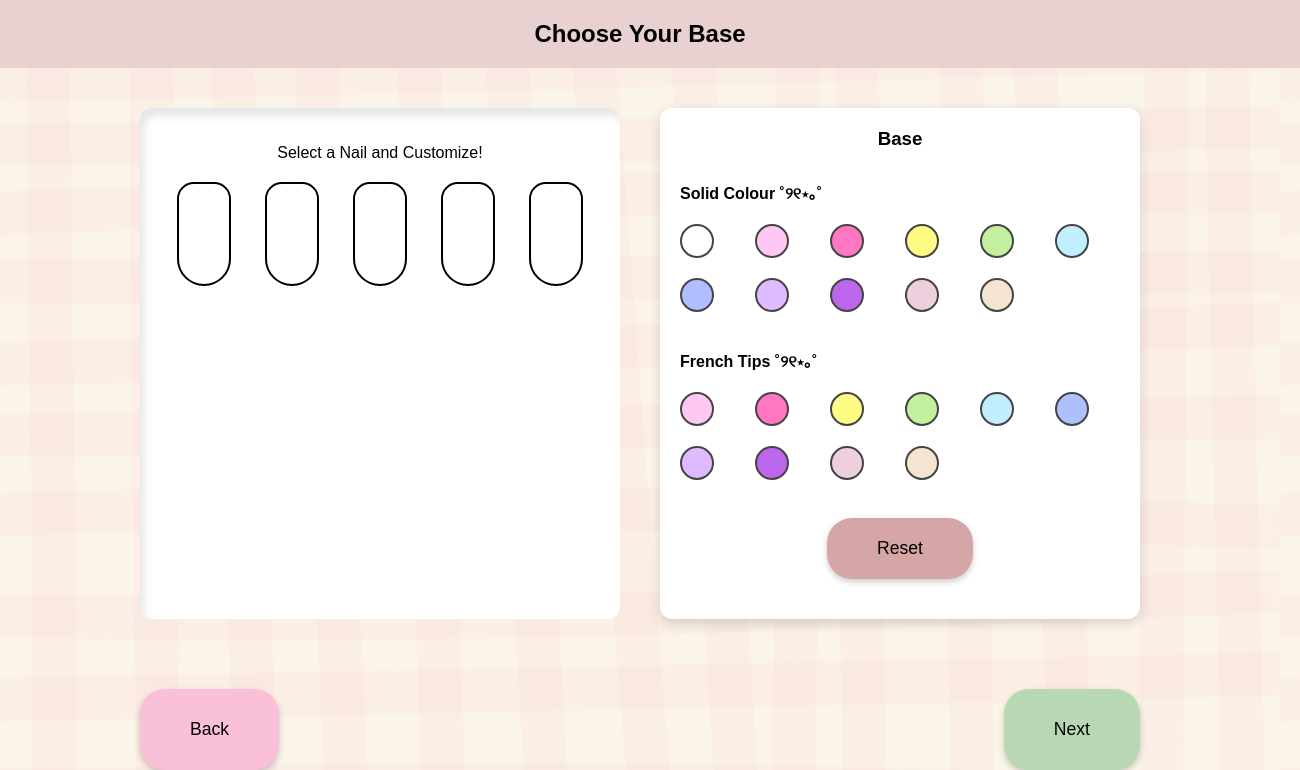
Repository: amolwalia/Fluidity-Lab
Page: base-paint.html
These files come from the project's save history. The page is drawn as it stood at one moment and after the next save; the edit follows.
The browser window is 1280 px wide. The page is 1300 px wide, so the pictures cover 1300 px, including what lies to the right of the window. The pictures show the whole page.

Above is the page before, as saved 2025-05-11 19:17:37.

After the next save:
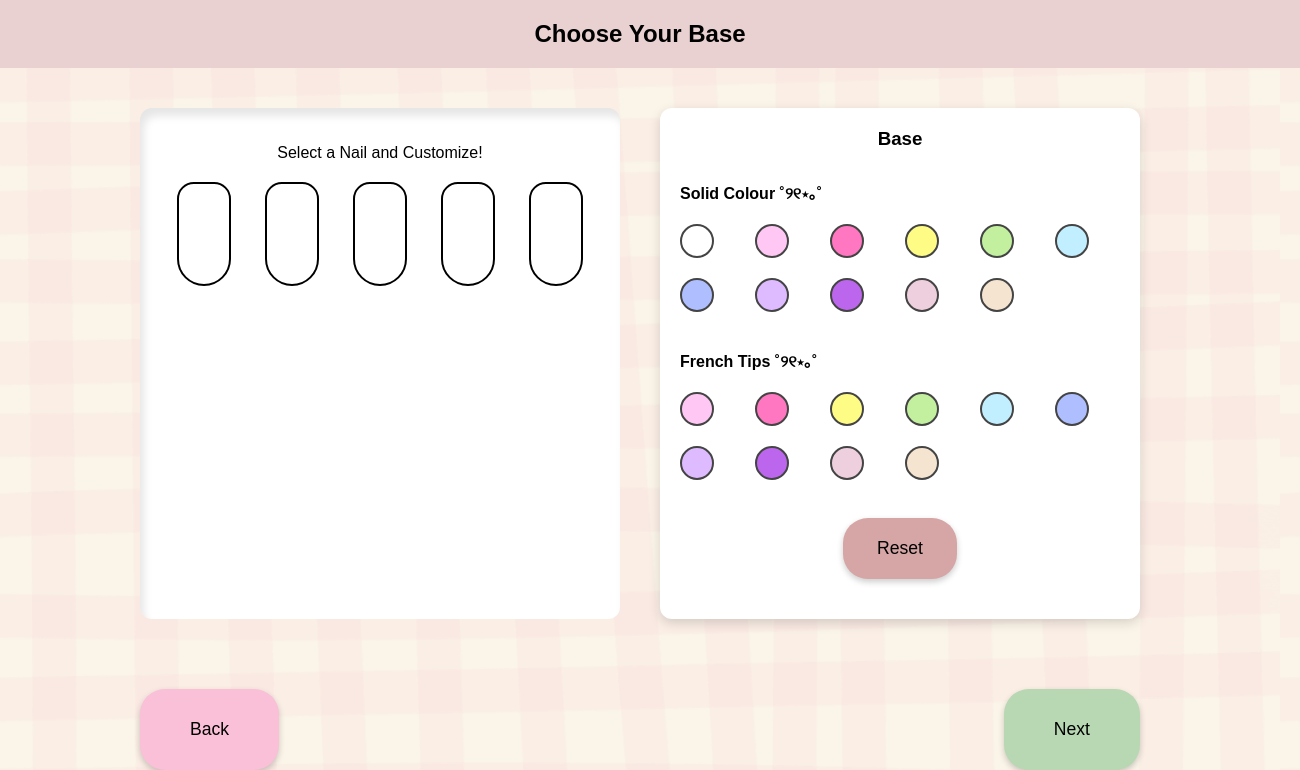
Saved 8 s later.
--- a/styles/basepaints.css
+++ b/styles/basepaints.css
@@ -119,7 +119,7 @@ strong.custom {
   margin-top: 30px;
 }
 .btn {
-  padding: 20px 50px;
+  padding: 20px 34px;
   font-size: 1.1rem;
   background-color: #b7d8b2;
   border: none;
